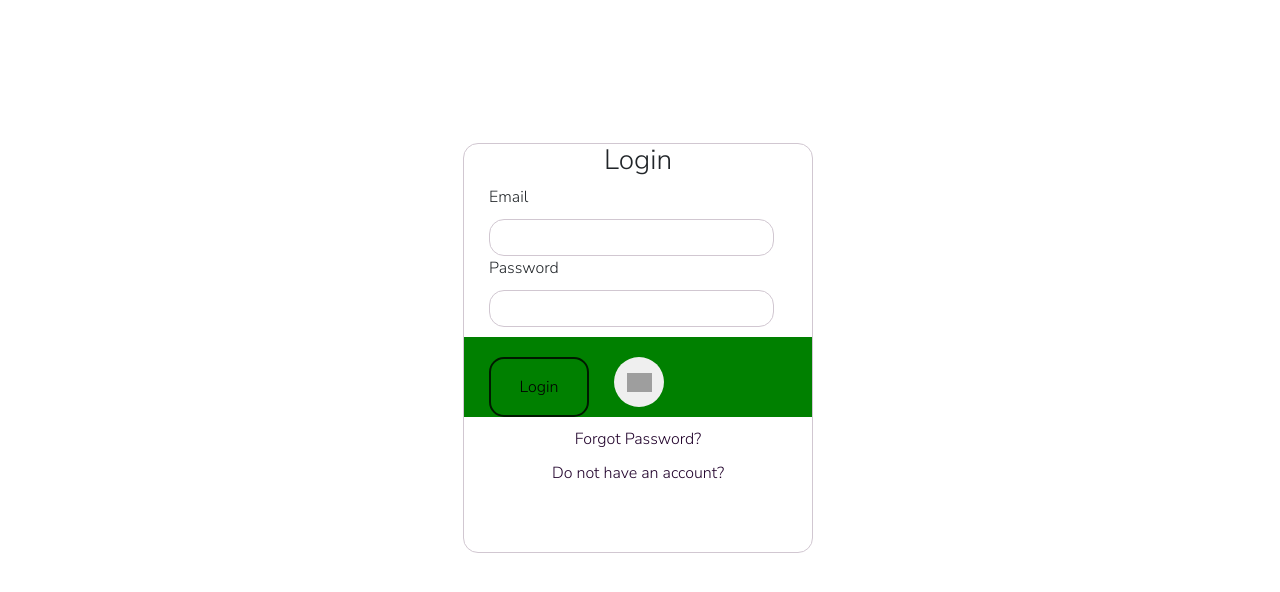
Repository: duzzisantos/rentify
Page: /auth
These files come from the project's save history. The page is drawn as it stood at one moment and after the next save; the edit follows.
The browser window is 1280 px wide. The pictures show the whole page.
Pictures or frames that could not be fetched are drawn as grey boxes. The project was rebuilt for these pictures with package versions that can differ from the ones it lists, and the page was loaded fresh each time. Also part of the build but not shown: src/home.js, src/admin.js, src/auth/register.js, src/table-component.js, src/edit-property.js, src/tables.js, src/booking.js.

Above is the page before, as saved 2022-05-19 02:16:46.

After the next save:
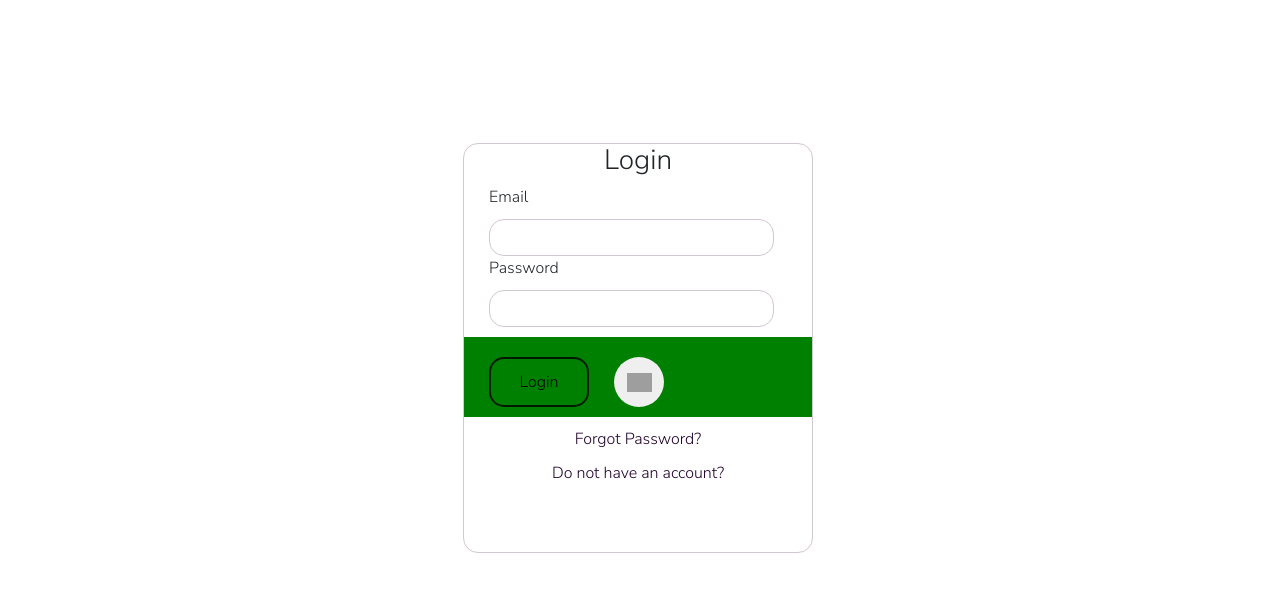
Saved 18 s later.
--- a/src/App.css
+++ b/src/App.css
@@ -477,7 +477,7 @@ tr img:hover {
 }
 .login-btn, .register-btn{
   width: 100px;
-  padding: 3px;
+  height: 50px;
   background-color: transparent;
   border: 2px solid rgba(0, 0, 0, 0.8);
   margin-left: 25px;
